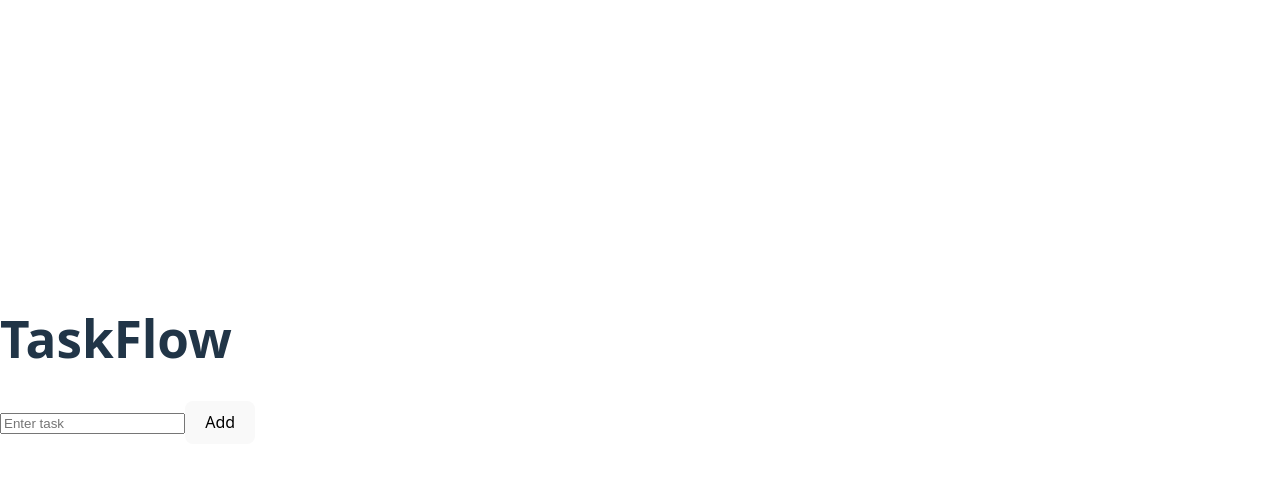
Repository: lissaintech/TaskFlow
Page: /
These files come from the project's save history. The page is drawn as it stood at one moment and after a run of saves; the edit follows.
The browser window is 1280 px wide. The pictures show the whole page.
The project was rebuilt for these pictures with package versions that can differ from the ones it lists, and the page was loaded fresh each time. Also part of the build but not shown: vite.config.js.

Above is the page before, as saved 2026-02-11 15:32:51.

### index.html
<!doctype html>
<html lang="en">
  <head>
    <meta charset="UTF-8" />
    <link rel="icon" type="image/svg+xml" href="/vite.svg" />
    <meta name="viewport" content="width=device-width, initial-scale=1.0" />
    <title>taskflow</title>
  </head>
  <body>
    <div id="root"></div>
    <script type="module" src="/src/main.jsx"></script>
  </body>
</html>

### src/App.jsx
import { useEffect, useState } from 'react'

function App() {

  const [input, setInput] = useState("");

  const [tasks, setTasks] = useState([]);

  const addTask = () => {
    if(input.trim()=="") return;

    const newTask = {
      title : input,
      status : "Todo"
    }

    setTasks([...tasks, newTask])
    setInput("");
  };

  const deleteTask = (taskToDelete) => {
    const updatedTasks = tasks.filter(task => task!= taskToDelete)
    setTasks(updatedTasks);
  }

  const moveTask = (taskToMove, newStatus) => {
    const updatedTasks = tasks.map(task => {
      (task == taskToMove)? {...task, status:newStatus}
      : task
    })
    setTasks(updatedTasks);
  }

  useEffect(()=> {
    const saved = localStorage.getItem("tasks");

    if(saved){
      setTasks(JSON.parse(saved));
    }
  }, []);

  useEffect(() => {
    localStorage.setItem("tasks", JSON.stringify(tasks));
  }, [tasks]);

  return (
    <div>
      <h1>TaskFlow</h1>

      <input
        value={input}
        onChange={(e) => setInput(e.target.value)}
        placeholder="Enter task"
      />

      <button onClick={addTask}>Add</button>

      <div style={{display: "flex", gap: "40px"}}>

        {
          ["Todo", "Doing", "Done"].map((status)=>(
            <div key={status}>

            </div>
          ))
        }

      </div>
    </div>
  );
}

export default App;

Loaded but not shown: src/main.jsx (common file); src/index.css (common file)

After the next 3 saves:
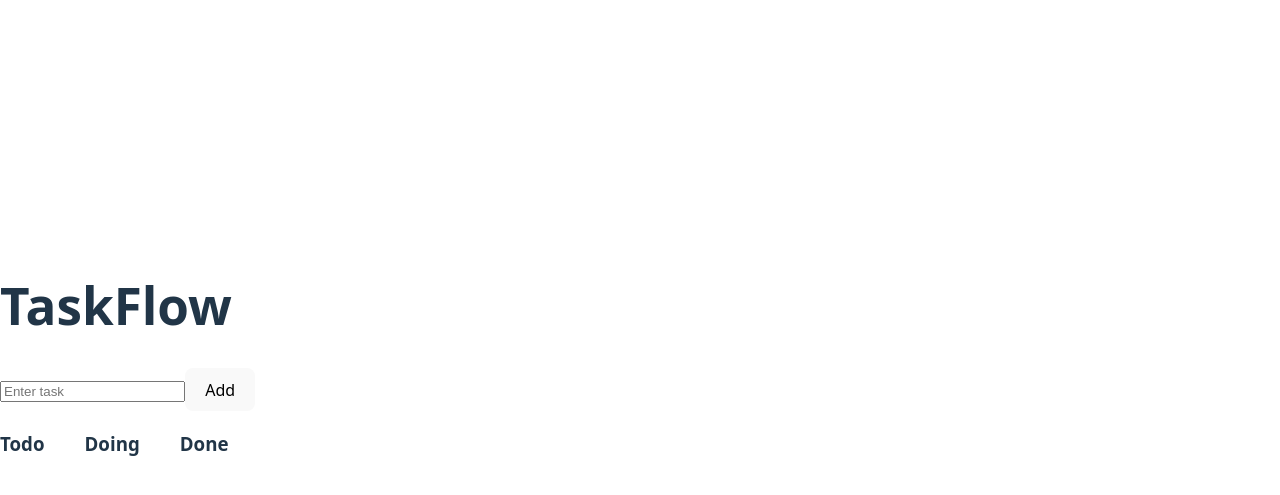
The 3 saves are shown as one change because they came seconds apart.
The last was saved 8 s later.
--- a/src/App.jsx
+++ b/src/App.jsx
@@ -60,7 +60,7 @@
         {
           ["Todo", "Doing", "Done"].map((status)=>(
             <div key={status}>
-
+              <h3>{status}</h3>
             </div>
           ))
         }
